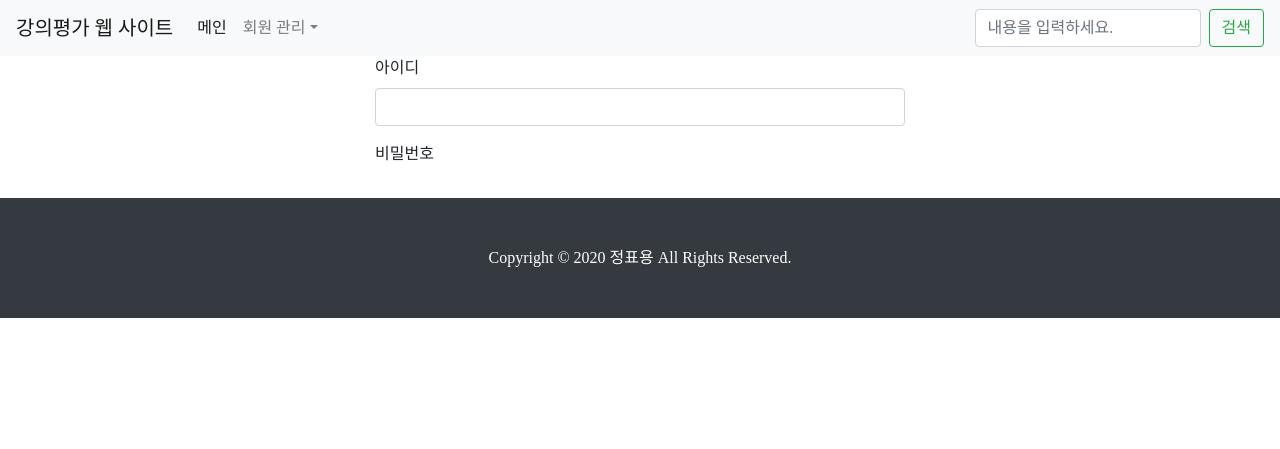
Repository: sur2/JSP-Lecture-Evaluation
Page: http://localhost/Lecture_Evaluation/userJoin.jsp
An editor plug-in stored every save of this project. The page is shown before and after the next save, followed by the edit.
The browser window is 1280 px wide. The pictures show the whole page.
Some web fonts or font styles are not loaded; a fallback is used. The page is served by Tomcat 9.

Above is the page before, as saved 2020-01-08 05:56:12.

After the next save:
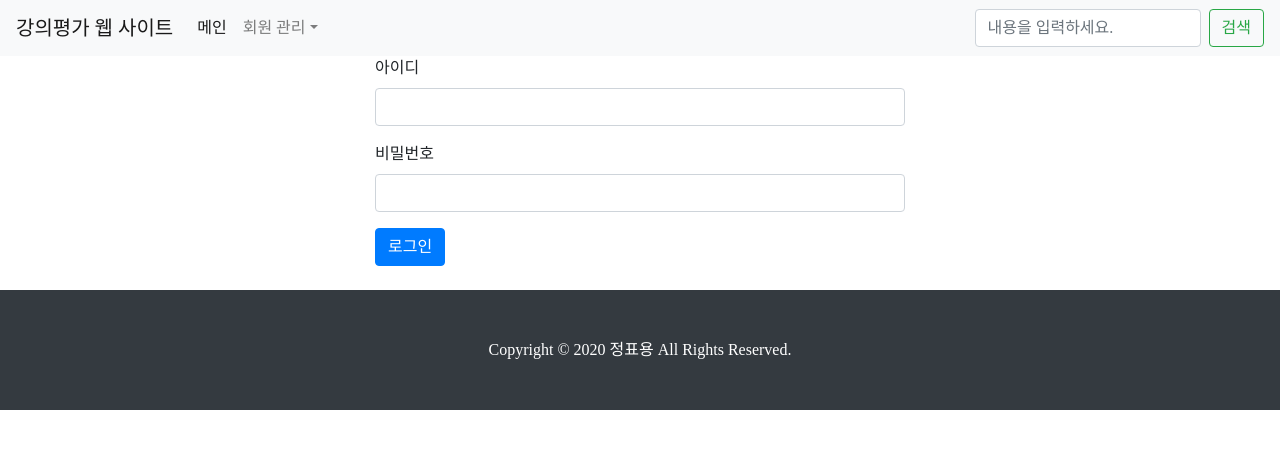
Saved 2 min 26 s later.
--- a/Lecture Evaluation/WebContent/userJoin.jsp
+++ b/Lecture Evaluation/WebContent/userJoin.jsp
@@ -47,7 +47,9 @@
 			</div>
 			<div class="form-group">
 				<label>비밀번호</label>
+				<input type="password" name="userPassword" class="form-control">
 			</div>
+			<button type="submit" class="btn btn-primary">로그인</button>
 		</form>
 	</section>
 
